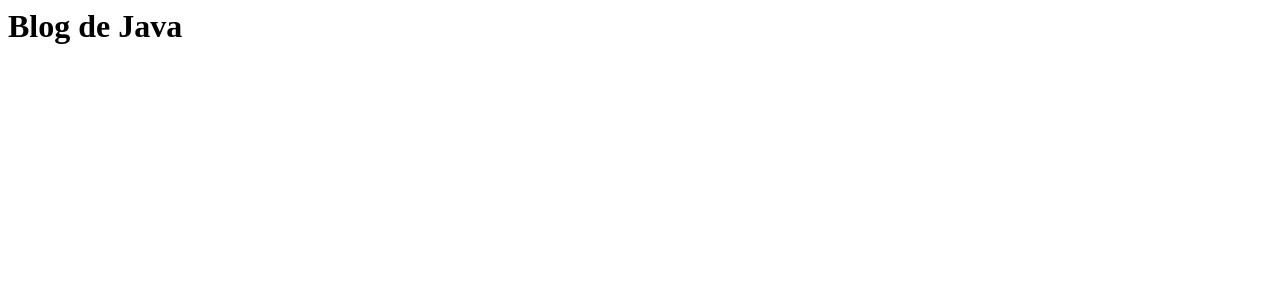
Repository: alruis/IJavaDreamBlog
Page: http://localhost/IJavaBlog/jsp/blog/cabecera.jsp
The author's editor kept a copy of each file at every save. The page is drawn from the files as they stood at one save, then again after the next save.
The browser window is 1280 px wide. The pictures show the whole page.
The page is served by Tomcat 9. Nobody is signed in. The application's start-up code is not run.

Above is the page before, as saved 2014-09-26 13:50:02.

After the next save:
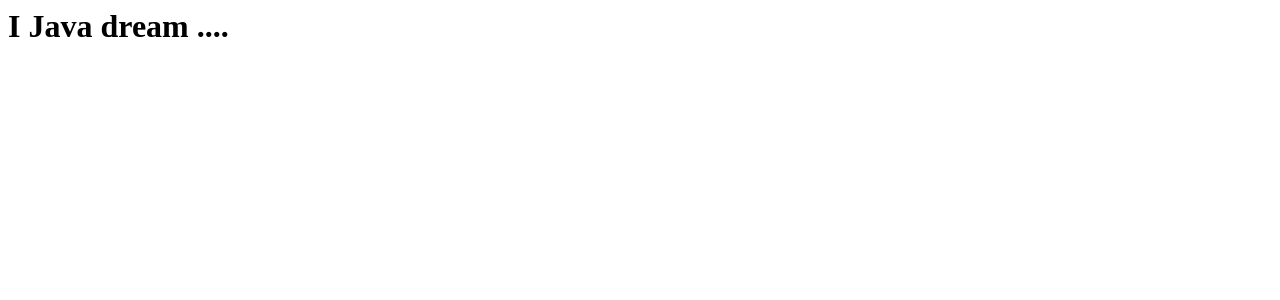
Saved 56 s later.
--- a/IJavaBlog/WebContent/jsp/blog/cabecera.jsp
+++ b/IJavaBlog/WebContent/jsp/blog/cabecera.jsp
@@ -7,6 +7,6 @@
 
 <div id="cabecera" >
 
-	<div onclick="javascript:location.href='index.blog'"><h1>Blog de Java</h1></div>
+	<div onclick="javascript:location.href='index.blog'"><h1>I Java dream ....</h1></div>
 
 </div>
